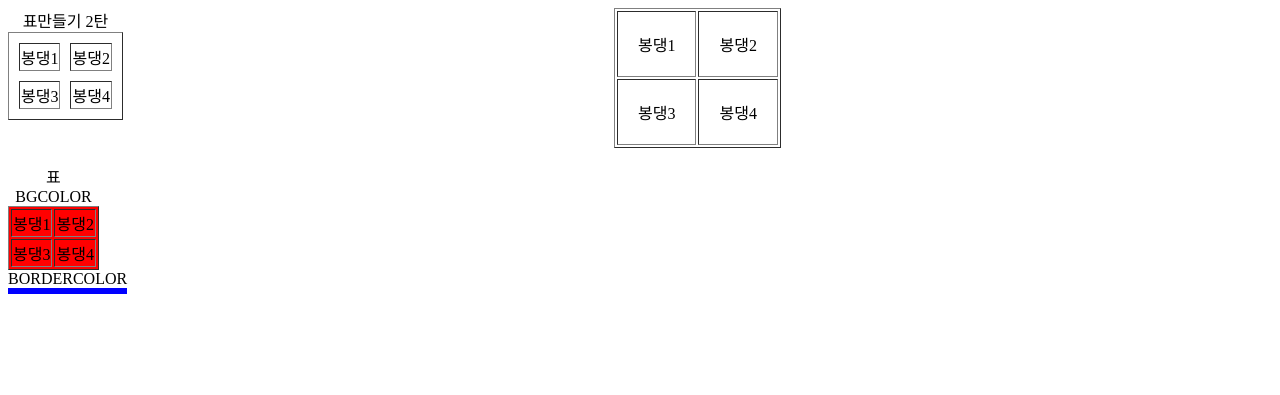
Repository: kisunssong/jsp
Page: http://localhost/test/table2.jsp
An editor plug-in stored every save of this project. The page is shown before and after the next save, followed by the edit.
The browser window is 1280 px wide. The pictures show the whole page.
The page is served by Tomcat 9.

Above is the page before, as saved 2020-10-28 14:33:47.

After the next save:
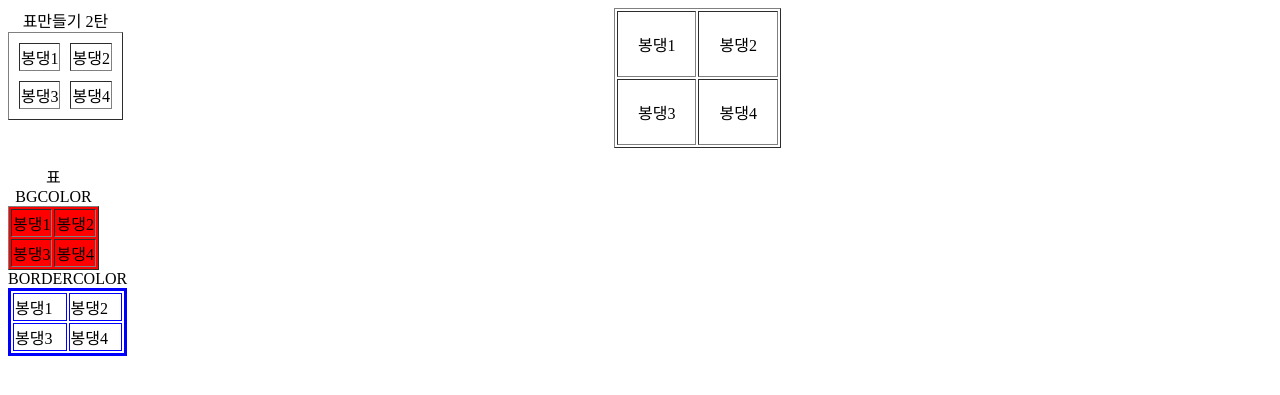
Saved 20 s later.
--- a/test/WebContent/table2.jsp
+++ b/test/WebContent/table2.jsp
@@ -24,5 +24,7 @@
 
 <TABLE BORDER="3" BORDERCOLOR="BLUE">
 <CAPTION ALIGN="TOP">BORDERCOLOR</CAPTION>
+<TR><TD>봉댕1<TD>봉댕2</TR>
+<TR><TD>봉댕3<TD>봉댕4</TR>
 </TABLE>
 </HTML>
